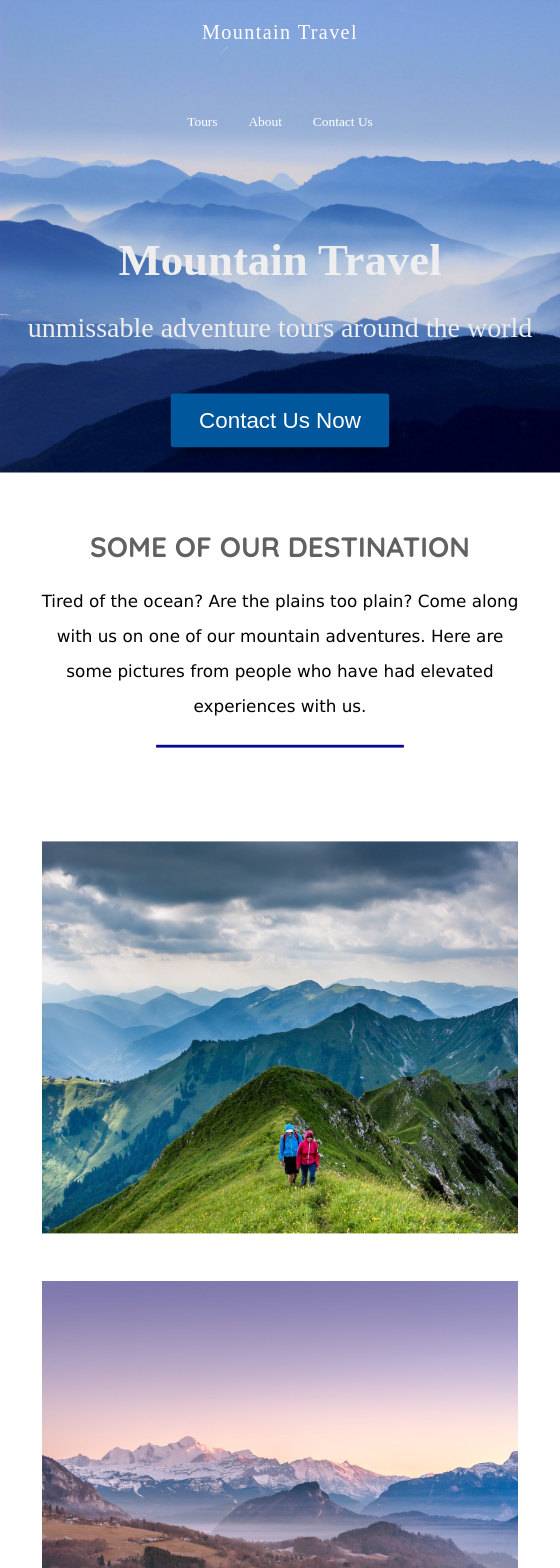
Repository: Einsteiniumeinsteinian/Advanced-CSS
Page: css-project-starter-code/index.html
The author's editor kept a copy of each file at every save. The page is drawn from the files as they stood at one save, then again after the next save.
The browser window is 768 px wide. The page is 800 px wide, so the pictures cover 800 px, including what lies to the right of the window. The pictures show the part of the page from y = 0 to 2240 px (the page is 9186 px tall before and 9096 px after), at 70% of full size.
Some web libraries are served in a nearby version.

Above is the page before, as saved 2021-09-02 14:31:29.

### css-project-starter-code/index.html
<!DOCTYPE html>
<html>
<head>
  <meta charset="utf-8">
  <meta name="viewport" content="width=device-width, initial-scale=1">
  <title>Mountain Travel</title>
  <link rel="stylesheet" href="https://use.fontawesome.com/releases/v5.0.7/css/all.css">

  <link rel="preconnect" href="https://fonts.googleapis.com">
  <link rel="preconnect" href="https://fonts.gstatic.com" crossorigin>
  <link
    href="https://fonts.googleapis.com/css2?family=Open+Sans:wght@300;400;600;700&family=Quicksand:wght@400;500;600;700&display=swap"
    rel="stylesheet">
  <link rel="stylesheet" href="https://maxcdn.bootstrapcdn.com/font-awesome/4.7.0/css/font-awesome.min.css">
  <!--? <link href="https://fonts.googleapis.com/css?family=Open+Sans" rel="stylesheet"> -->
  <link rel="stylesheet" href="assets/css/styles.css">
  <script>/* foo */</script>
</head>

<body>
  <!-- Forked from a template on Tutorialzine: https://tutorialzine.com/2016/06/freebie-landing-page-template-with-flexbox -->
  <header>
    <nav>
      <a href="#"> mountain travel</a>
      <span class="nav-span">
        <a href="#"> Tours</a>
        <a href="#"> About</a>
        <a href="#"> Contact Us</a>
      </span>
    </nav>
    <div class="top-container">
      <div class="header-text-wrapping">
        <h1>Mountain Travel</h1>
        <p>unmissable adventure tours around the world</p>
      </div>
            <button class="button"><span>Contact Us Now </span></button>

    </div>
  </header>


  <div class="line-breaker-div">
    <h1>
      Some Of Our Destination
    </h1>
    <p>
      Tired of the ocean? Are the plains too plain? Come along with us on one of our mountain adventures. Here are some
      pictures from people who have had elevated experiences with us.
    </p>
    <hr>
  </div>

  <!--* photo-section -->
  <section class="photo-section">
    <div class="photo-set-div">
      <img class="img" src="assets/img/mountain1.jpg" alt="">
      <img class="img img-2" src="assets/img/mountain2.jpg" alt="">
    </div>
    <div class="photo-set-div">

      <img class="img img-3" src="assets/img/mountain3.jpg" alt="">
      <img class="img" src="assets/img/mountain4.jpg" alt="">
    </div>
  </section>


  <!--* Packkage Section -->
  <section class="package-section">
    <div class="line-breaker-div">
      <h1>
        Tour Packages
      </h1>
      <p>
        Tired of the ocean? Are the plains too plain? Come along with us on one of our mountain adventures. Here are
        some
        pictures from people who have had elevated experiences with us.
      </p>
      <hr>
    </div>
    <div class="package-set">
      <div class="package">
        <i class="far fa-compass"></i>
        <h1>
          guided trips
        </h1>
        <p>Looking for the complete experience? Take a tour with one of our experts. They'll show you secrets that
          you're likely to
          miss otherwise.</p>
      </div>
      <div class="package">
        <i class="fas fa-camera-retro"></i>
        <h1>
          Photo Trips
        </h1>
        <p>Want to experience nature's beauty without all of that annoying exercise? Take a photo tour on one of our
          mountain
          buses.</p>
      </div>
    </div>
    <div class="package-set">
      <div class="package">
        <i class="fas fa-bicycle"></i>
        <h1>
          biking trips
        </h1>
        <p>If bicycles are more your speed, consider taking a tour through one of our mountain bike paths. We'll provide
          the bikes,
          and lunch too!</p>
      </div>
      <div class="package">
        <i class="fas fa-flag-checkered"></i>
        <h1>
          racing trips
        </h1>
        <p>Got a competitive spirit? Sign up for one of our mountain marathons! Try to reach the summit before anyone
          else.</p>
      </div>
    </div>
  </section>

    <div class="line-breaker-div">
      <h1>
        Testimonials From Our Adventurers:
      </h1>
      <hr>
    </div>
  <!--* Testimonial Section  -->
  <section class="testimonials-section">
    <article>
      <p>
        Wow! This tour made me realize how much I love mountains. After going on one of these tours, I can safely say
        that
        they
        are my favorite geographic feature, and my favorite word that starts with M.

      </p>
      <p class="author">-Colt Steele</p>
    </article>
    <article>
      <p>
        I never understood why people cared so much about mountains. But then I went on one of these tours. Now I can't
        understand people who don't care about mountains!
      </p>

      <p class="author">- Elie Schoppik</p>
    </article>

    <article>
      <p>
      If you want to understand the universe, head to the mountains. I mean, seriously. It's like, woah. You know? It's like
      that.
      </p>
      <p class="author">- Tim Garcia</p>
    </article>
  </section>

  <section class="newsletter-section">
<div class="line-breaker-div">
  <h1>
    LeaRN MORE
  </h1>
  <p>
Want to know about our upcoming mountain-related events, or come to one of our mixers? Just sign up for our mailing
list. No spam from us, we promise! Except for the spam we give you to keep up your energy while you're hiking through
the mountains. We have tons of that.
  </p>
  <hr>
</div>
<form class=".newsletter-form" action="">
  <input id="email" type="email" placeholder="Email">
  <button class="button">
    <span>Subscribe </span>
  </button>
</form>
  </section>

<!--* Footer -->
<footer>

<p class="watermark">created  by einstein</p>

  <p class="footer-text">
why are you even reading this?! There's never anything interesting in a footer!!
  </p>
  <div class="icon-pack">
<i class="fab fa-whatsapp"></i>
<i class="fab fa-snapchat-ghost"></i>
<i class="fab fa-twitter"></i>
<i class="fab fa-instagram"></i>
<i class="fab fa-facebook-f "></i>
  </div>
</footer>
</body>
</html>

### css-project-starter-code/assets/css/styles.css

body{
    margin: 0;
    min-width: 100vh;
    /* font-family: ; */
}

header{
  background-image: url('../img/main.jpg');
  /* background-color: #01579B; */
  background-repeat: no-repeat;
background-size: cover;
    min-height: 100vh;
    margin-bottom: 10vh;
}

nav{
    padding: 30px;
    padding-left: 100px;
    padding-right: 100px;
    display: flex;
    justify-content: space-between;
     /* min-height: 30vh; */
    text-transform: capitalize;
}
a{
    text-decoration: none;
    color: white;
}
span > a{
     padding: 20px;
     font-size: 1.2rem;
}
nav > a{
    letter-spacing: 2px;
    font-size: 1.8rem;
}
.top-container{
    margin-top: 15%;
    display: flex;
    flex-direction: column;
    flex-wrap: wrap;
    justify-content: center;
    align-items: center;
    color: #EEEEEE;
}

@media screen and (max-width: 800px) {
    header{
        min-height: 100%;
    }
    nav{
        flex-direction: column;
        align-items: center;
        justify-content: space-around;
    }

    nav > a{
        margin-bottom: 100px;
    }

}

/** Header-text-wrapping  */
/* .header-text-wrapping{
    display: flex;
    flex-direction: column;
  align-items: center;
  flex-basis: 250px;
} */
.header-text-wrapping > h1{
    margin: 0;
    font-size: 4rem;
   text-align: center;
}
.header-text-wrapping > p{
    text-align: center;
    font-size: 2.5rem;
    margin: 35px 0;
    padding: 0 10px;

}

.button{
    padding: 20px 40px;
    color: white;
    background-color: #01579B;
    border: none;
    font-size: 200%;
    border-radius: 4px;
      transition: all 0.5s;
  cursor: pointer;
  margin: 36px;
  box-shadow: 0 10px 20px -8px rgba(0, 0, 0,.7);
}
.button span {
  cursor: pointer;
  display: inline-block;
  position: relative;
  transition: 0.5s;
}

.button span:after {
  content: '\00bb';
  position: absolute;
  opacity: 0;
  top: 0;
  right: -20px;
  transition: 0.5s;
}

.button:hover span {
  padding-right: 25px;
}

.button:hover span:after {
  opacity: 1;
  right: 0;
}

/** Line Breaker Div */
.line-breaker-div{
    margin: auto;
    margin-top: 10vh;
    margin-bottom: 5vh;
    max-width: 50%;
    text-align: center;
    line-height: 2em;
}

.line-breaker-div > h1{
      text-transform: uppercase;
      color: #616161;
      font-family: 'Quicksand', sans-serif;
      line-height: 1.3em;
    font-size: 2.5rem;
}
.line-breaker-div > p{
    font-size: 18px;
          font-family: 'Lucida Sans', 'Lucida Sans Regular', 'Lucida Grande', 'Lucida Sans Unicode', Geneva, Verdana, sans-serif;
          line-height:50px;
}

hr{
    margin-top: 30px;
    width: 20%;
    border: #07079e 2px solid;
}

@media screen and (max-width: 820px) {
    .line-breaker-div{
        padding: 0 50px;
    max-width: 100%;
    text-align: center;
    line-height: 2em;
}

.line-breaker-div > p{
    font-size: 1.5rem;
}

hr{
    width: 50%;
}
}

/** Photo Section */


@media screen and (min-width: 821px) {
.photo-section{
    padding: 60px;
    display: flex;
    flex-direction: column;
}
.photo-set-div{
    display: flex;
    height: 40vh;
    padding: 25px;

}

.img{
    flex-basis: 200px;
    min-width: 0;
flex-grow: 3;
  object-fit: cover;
}
.img-2{
    margin-left: 50px;
    flex-grow: 8;
}
.img-3{
    margin-right: 50px;
    flex-grow: 8;
}

}
@media screen and (max-width: 820px) {

.photo-section{
    padding: 60px;
    display: flex;
    flex-direction: column;
}

.photo-set-div{
    display: flex;
    flex-direction: column;
}

.img{
    padding: 5% 0;
    width: 100%;
    height: 70vh;
    object-fit: cover;
}

}



/** Packages */
.package-section{
    padding: 60px;
    background-color: #EEEEEE;
}
.package-set{
    display: flex;
}
.package{
    text-align: center;
    line-height: 2em;
    margin-top: 50px;
    padding: 50px;
}
.package > h1{
    /* font-family: 'Quicksand', sans-serif; */
    color: #424242;
    text-transform: uppercase;
    font-weight: bold;
    font-size: 35px;
}
      .package > p{
                  font-size: 1.3em;
          font-family: cursive;
      }
.package > i{
    font-size: 6em;
    color: #448AFF;
}
@media screen and (max-width: 820px) {
    .package-set{
        flex-direction: column;
    }
    .package > h1{
        font-size: 50px;
    }
      .package > p{
          font-size: 1.8em;
          line-height: 7vh;
      }
    .package > i{
        font-size: 7em;
    }

}

/** testimonials-section */
.testimonials-section{
    padding: 20px 60px;
    display: flex;
    flex-direction: column;
}
article{
      text-align: center;
    line-height: 2em;
    margin-top: 30px;
    letter-spacing: 1px;
  font-family: 'Franklin Gothic Medium', 'Arial Narrow', Arial, sans-serif;
    padding: 0 100px;
}
article > p{
    padding: 0 20%;
}
article > p:not(.author){
    font-size: 1.4em;
    color: #424242;
}
P.author{
font-weight: bold;
font-size: 1.2rem;
}

@media screen and (max-width: 820px) {
    article{
    line-height: 3em;
    padding: 0 50px;
}
    article > p{
    padding: 0;
}
    article > p:not(.author){
    font-size: 1.8em;
    color: #424242;
}
P.author{
font-weight: bold;
font-size: 1.6rem;
}
}
/** Newslletter  */
.newsletter-section{
    padding: 60px;
    background-color: #EEEEEE;
}
form{
    display: flex;
    /* flex-direction: column; */
    justify-content: center;

}

input{
      margin: 36px;
    background-color: white;
    width: 40vw;
    padding: 20px;
    box-shadow: 0 10px 20px -8px rgba(0, 0, 0,.7);
    font-size: 1.3rem;
}
input:focus{
   outline: none;
}
::placeholder{
    font-size: 1.3rem;
}
@media screen and (max-width: 575px) {
   form{
        flex-direction: column;
        align-items: center;
    }
    input{
          min-width: 100vw;
          height: 40px;
    }
    ::placeholder{
    font-size: 1.8rem;
}

}
/** Footer */
footer{
    display: flex;
    justify-content: space-around;
    align-items: center ;
    margin: 0;
    background-color: #607d8b;
    height: 8vh;
    color: #E0E0E0;
}

footer > p{
    margin: 0;
    text-transform: uppercase;
}
.icon-pack > i{
    padding: 0 10px;
    font-size: 2rem;
}
@media screen and (max-width: 1220px) {
footer{
    flex-direction: column;
    height: 20vh;
}
}


@media screen and (max-width: 700px){
    footer{
    height: 25vh;
}
    footer > p{
    margin-top: 10px;
    text-align: center;
  font-size: 1.5rem;
}
.footer-text{
    margin-bottom: 10px;
}
.icon-pack > i{
    font-size: 3.5rem;
}
}

After the next save:
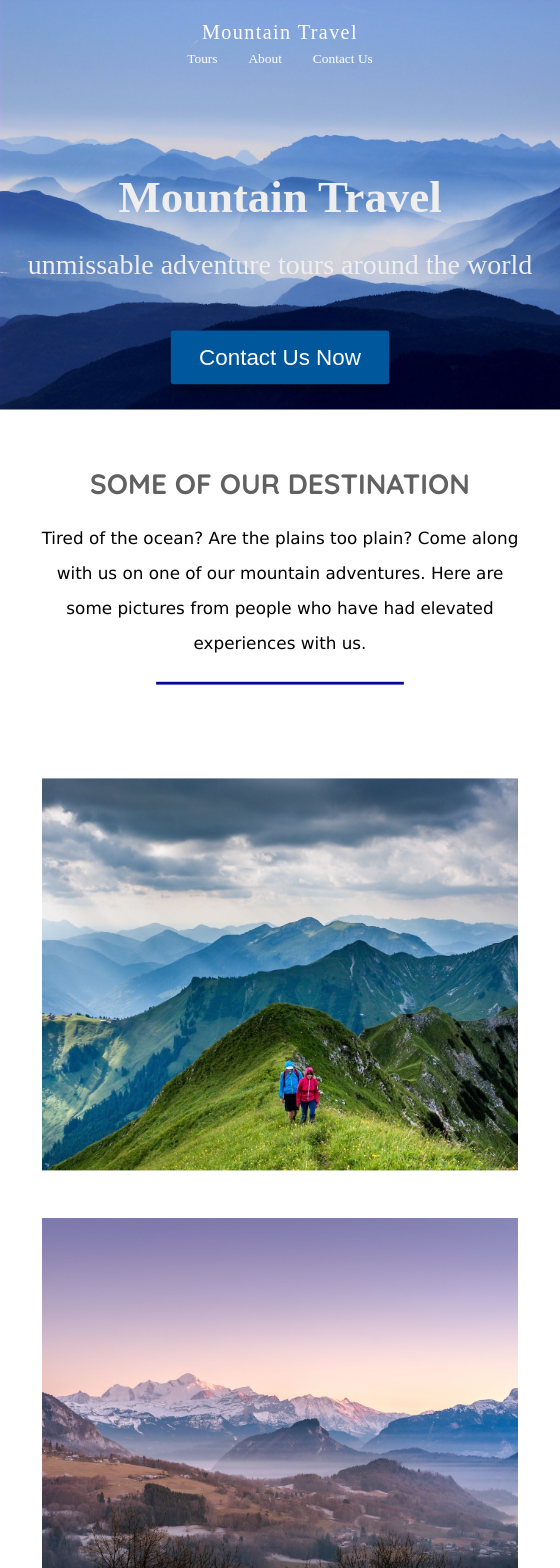
Saved 6 s later.
--- a/css-project-starter-code/assets/css/styles.css
+++ b/css-project-starter-code/assets/css/styles.css
@@ -56,7 +56,7 @@ nav > a{
     }
 
     nav > a{
-        margin-bottom: 100px;
+        margin-bottom: 10px;
     }
 
 }
